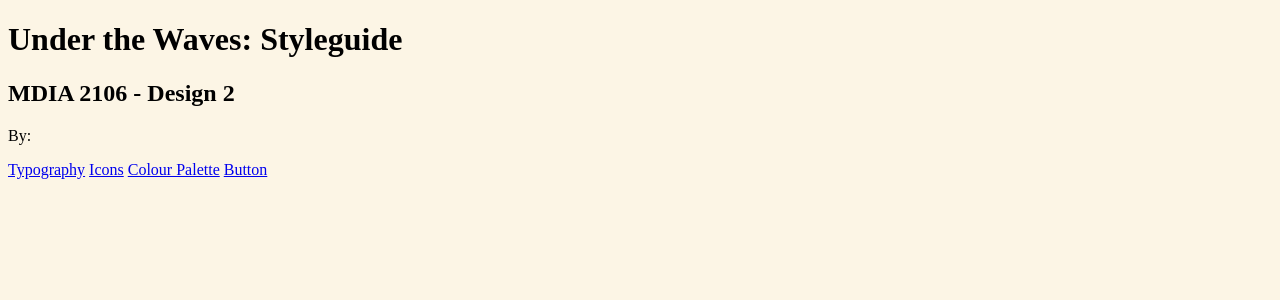
Repository: TeoEstrada9/styleguide
Page: index.html
The author's editor kept a copy of each file at every save. The page is drawn from the files as they stood at one save, then again after the next save.
The browser window is 1280 px wide. The pictures show the whole page.

Above is the page before, as saved 2023-03-02 10:23:34.

### index.html
<!DOCTYPE html>
<html lang="en">
  <head>
    <meta charset="UTF-8" />
    <meta http-equiv="X-UA-Compatible" content="IE=edge" />
    <meta name="viewport" content="width=device-width, initial-scale=1.0" />
    <title>Under the Waves</title>
    <!-- Favicon  -->
    <link rel="shortcut icon" href="images/whale.png" />
    <link rel="stylesheet" href="style.css" />
  </head>
  <body>
    <h1>Under the Waves: Styleguide</h1>
    <h2>MDIA 2106 - Design 2</h2>
    <p>By: </p>
    <div class="nav-bar">
      <a href="./pages/typography.html">Typography</a>
      <a href="./pages/buttons/icons.html">Icons</a>
      <a href="./pages/colorPalette.html">Colour Palette</a>
      <a href="./pages/buttons/icons.html">Button</a>
    </div>
  </body>
</html>

### style.css
body{
    background-color: #FCF5E5;
}

html{

}

After the next save:
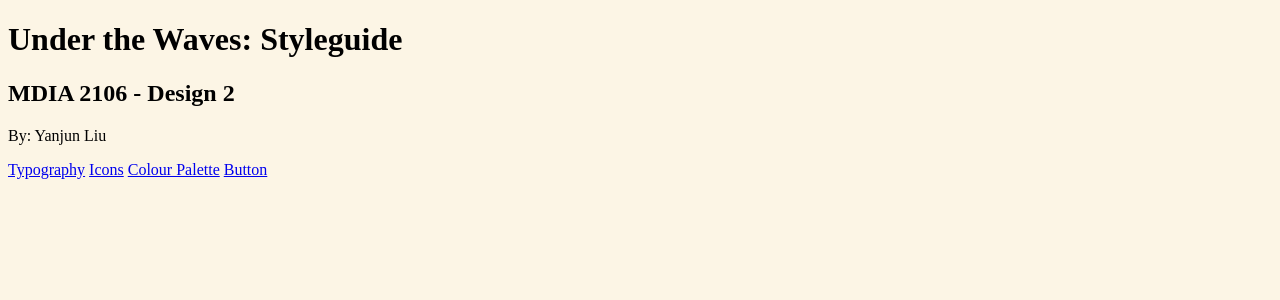
Saved 4 s later.
--- a/index.html
+++ b/index.html
@@ -12,7 +12,7 @@
   <body>
     <h1>Under the Waves: Styleguide</h1>
     <h2>MDIA 2106 - Design 2</h2>
-    <p>By: </p>
+    <p>By: Yanjun Liu</p>
     <div class="nav-bar">
       <a href="./pages/typography.html">Typography</a>
       <a href="./pages/buttons/icons.html">Icons</a>
